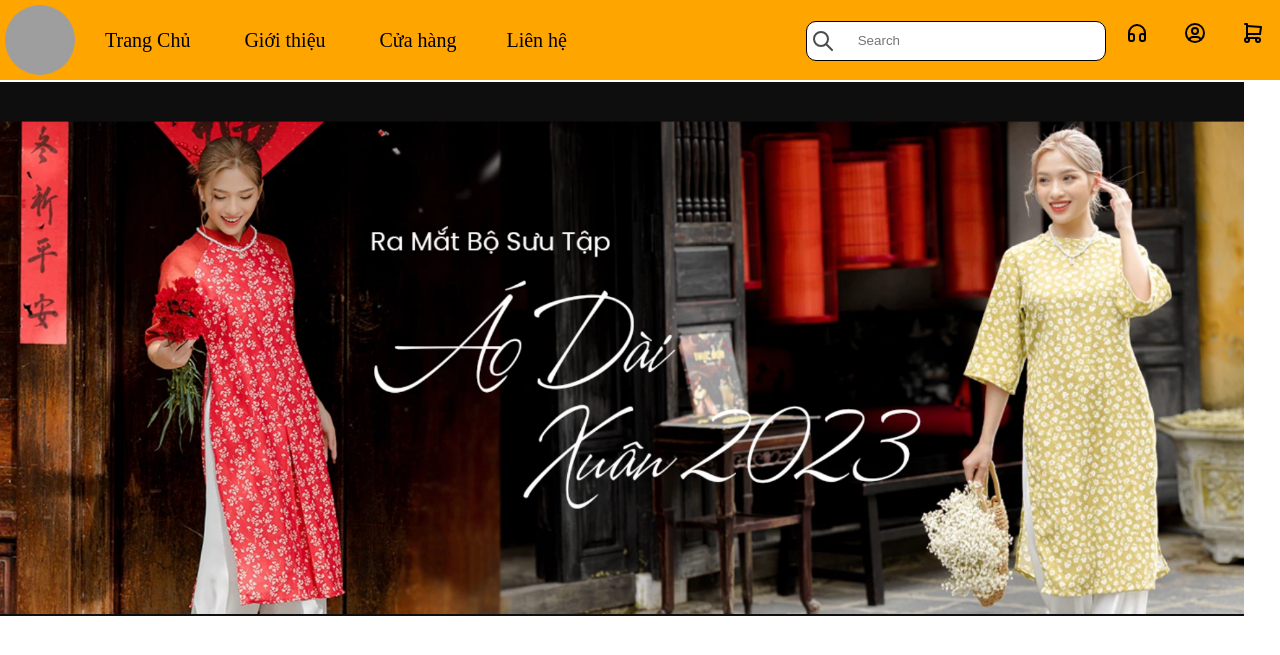
Repository: manhhieu120499/test-page
Page: index.html
These files come from the project's save history. The page is drawn as it stood at one moment and after the next save; the edit follows.
The browser window is 1280 px wide. The pictures show the whole page.
Pictures or frames that could not be fetched are drawn as grey boxes.

Above is the page before, as saved 2023-01-11 23:40:02.

### index.html
<!DOCTYPE html>
<html lang="en">

<head>
    <meta charset="UTF-8">
    <meta http-equiv="X-UA-Compatible" content="IE=edge">
    <meta name="viewport" content="width=device-width, initial-scale=1.0">
    <title>Document</title>
    <link rel="stylesheet" href="./style.css">
</head>

<body>
    <div id="header">
        <div class="left-sidebar">
            <img src="https://t3.ftcdn.net/jpg/03/02/36/70/360_F_302367092_vmqO9rSPmluZJFuOFFNzjGwimbChoIAZ.jpg"
                alt="logo-shop">
            <ul class="sub-menu">
                <li><a href="#">Trang Chủ</a></li>
                <li><a href="#">Giới thiệu</a></li>
                <li><a href="#">Cửa hàng</a< /li>
                <li><a href="#">Liên hệ</a></li>
            </ul>

        </div>

        <div class="right-sidebar">
            <input type="text" placeholder="           Search" />
            <a href="#" class="search">
                <svg xmlns="http://www.w3.org/2000/svg" class="icon icon-tabler icon-tabler-search" width="24" height="24" viewBox="0 0 24 24" stroke-width="2" stroke="currentColor" fill="none" stroke-linecap="round" stroke-linejoin="round">
                    <path stroke="none" d="M0 0h24v24H0z" fill="none"></path>
                    <circle cx="10" cy="10" r="7"></circle>
                    <line x1="21" y1="21" x2="15" y2="15"></line>
                 </svg>
            </a>
            <a href="#" class="telesale">
                <svg xmlns="http://www.w3.org/2000/svg" class="icon icon-tabler icon-tabler-headphones" width="24"
                    height="24" viewBox="0 0 24 24" stroke-width="2" stroke="currentColor" fill="none"
                    stroke-linecap="round" stroke-linejoin="round">
                    <path stroke="none" d="M0 0h24v24H0z" fill="none"></path>
                    <rect x="4" y="13" rx="2" width="5" height="7"></rect>
                    <rect x="15" y="13" rx="2" width="5" height="7"></rect>
                    <path d="M4 15v-3a8 8 0 0 1 16 0v3"></path>
                </svg>
            </a>
            <a href="#" class="person">
                <svg xmlns="http://www.w3.org/2000/svg" class="icon icon-tabler icon-tabler-user-circle" width="24"
                    height="24" viewBox="0 0 24 24" stroke-width="2" stroke="currentColor" fill="none"
                    stroke-linecap="round" stroke-linejoin="round">
                    <path stroke="none" d="M0 0h24v24H0z" fill="none"></path>
                    <circle cx="12" cy="12" r="9"></circle>
                    <circle cx="12" cy="10" r="3"></circle>
                    <path d="M6.168 18.849a4 4 0 0 1 3.832 -2.849h4a4 4 0 0 1 3.834 2.855"></path>
                </svg>
            </a>
            <a href="#" class="shopping-cart">
                <svg xmlns="http://www.w3.org/2000/svg" class="icon icon-tabler icon-tabler-shopping-cart" width="24"
                    height="24" viewBox="0 0 24 24" stroke-width="2" stroke="currentColor" fill="none"
                    stroke-linecap="round" stroke-linejoin="round">
                    <path stroke="none" d="M0 0h24v24H0z" fill="none"></path>
                    <circle cx="6" cy="19" r="2"></circle>
                    <circle cx="17" cy="19" r="2"></circle>
                    <path d="M17 17h-11v-14h-2"></path>
                    <path d="M6 5l14 1l-1 7h-13"></path>
                </svg>
            </a>
        </div>
    </div>

    <div class="body">
        <div class="shop-picture">
            <img src="./logo-tet.png" alt="picture">
        </div>
    </div>

    <div id="footer">

    </div>
</body>

</html>

### style.css
* {
    margin: 0;
    padding: 0;
    box-sizing: border-box;
}

#header {
    width: 100vw;
    height: 80px;
    background-color: orange;
    display: flex;
    justify-content: space-between;
}

.left-sidebar {
    display: flex;
}

.left-sidebar img {
    width: 70px;
    height: 70px;
    border-radius: 50%;
    margin: 5px;
}

.sub-menu li {
   list-style: none;
   display: inline-block;
   line-height: 80px;
   padding: 0px 25px;
}

.sub-menu li a {
    text-decoration: none;
    color: black;
    font-size: 20px;
}

.right-sidebar a {
    display: inline-block;
    line-height: 80px;
    padding: 0 15px;
    color: black;
}

input {
    padding: 10px 10px;
    width: 300px;
    height: 40px;
    border: 1px solid black;
    border-radius: 10px;
    position: relative;
}

.search {
    position: absolute;
    right: 430px;
    top: 8px;
    opacity: 0.7;
}

body {
    height: 100vh;
}

.shop-picture img {
    display: block;
    height: 534px;
    margin-top: 2px;
}

After the next save:
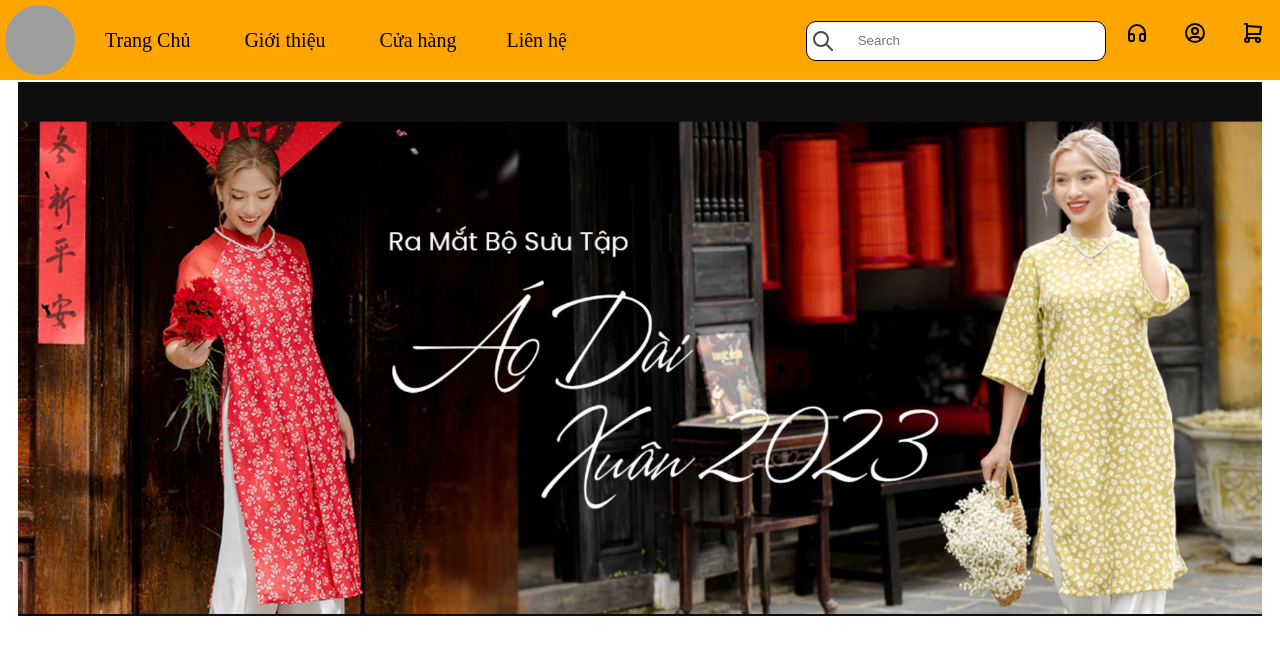
Saved 26 s later.
--- a/style.css
+++ b/style.css
@@ -66,5 +66,5 @@ body {
 .shop-picture img {
     display: block;
     height: 534px;
-    margin-top: 2px;
+    margin: 2px auto;
 }
